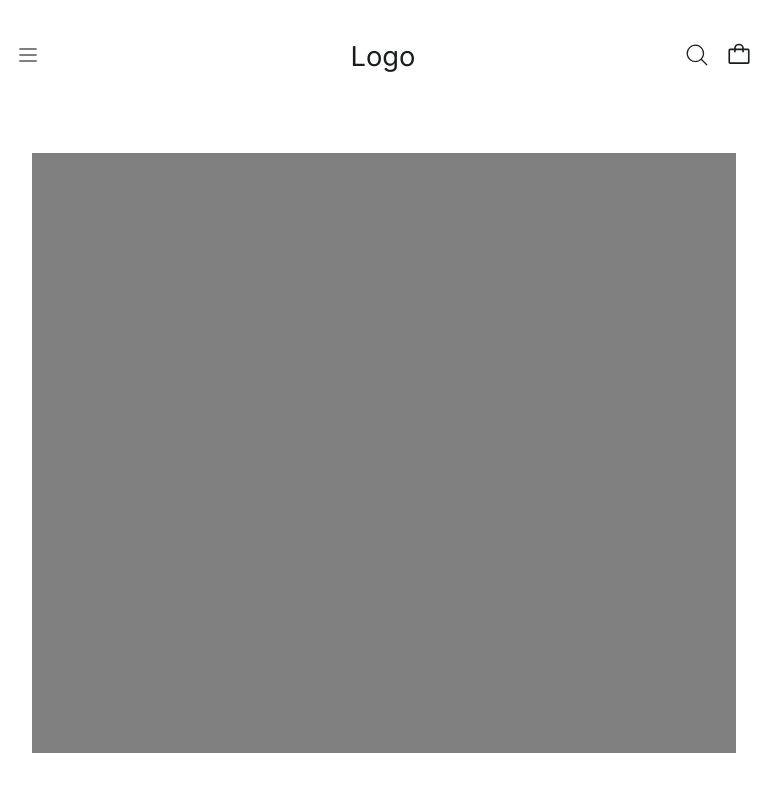
Repository: David-Waite/ecommercefrontendTemplate
Page: /
An editor plug-in stored every save of this project. The page is shown before and after a run of saves, followed by the edit.
The browser window is 768 px wide. The pictures show the whole page.
The project was rebuilt for these pictures with package versions that can differ from the ones it lists, and the page was loaded fresh each time. The framework's server and built-in components were replaced by stand-ins that run in the browser. Also part of the build but not shown: next.config.js.

Above is the page before, as saved 2023-08-24 19:18:08.

### app/layout.js
import Nav from "./Components/Nav/Nav";
import "./globals.css";
import { Inter } from "next/font/google";

const inter = Inter({ subsets: ["latin"] });

export const metadata = {
  title: "Create Next App",
  description: "Generated by create next app",
};

export default function RootLayout({ children }) {
  return (
    <html lang="en">
      <body className={inter.className}>
        <Nav />
        {children}
      </body>
    </html>
  );
}

### app/page.js
import Image from "next/image";
import styles from "./page.module.css";

export default function Home() {
  return (
    <main className={styles.main}>
      <div className={styles.heroImage}></div>
    </main>
  );
}

### app/Components/Nav/Nav.js
"use client";
import Link from "next/link";
import { useState } from "react";
import {
  PiMagnifyingGlassLight,
  PiBag,
  PiListLight,
  PiXLight,
} from "react-icons/pi";
import styles from "./Nav.module.css";

export default function Nav() {
  const [navOpen, setNavOpen] = useState(false);

  function toggleMenu() {
    setNavOpen((prev) => !prev);
  }
  return (
    <nav className={styles.nav}>
      <div className={styles.menu} onClick={toggleMenu}>
        {!navOpen && <PiListLight fontSize={24} />}
        {navOpen && <PiXLight fontSize={24} />}
      </div>

      <div className={styles.moblieMenu} style={{ width: !navOpen && "0" }}>
        <Link href="/">Home</Link>
        <Link href="#">Catalog</Link>
        <Link href="#">Contact</Link>
      </div>
      <div className={styles.linksContainer}>
        <Link className={styles.logo} href="/">
          Logo
        </Link>
        <div className={styles.pagesContainer}>
          <Link href="/">Home</Link>
          <Link href="#">Catalog</Link>
          <Link href="#">Contact</Link>
        </div>
      </div>
      <div className={styles.iconsContainer}>
        <Link href="#">
          <PiMagnifyingGlassLight fontSize={26} />
        </Link>
        <Link href="#">
          <PiBag fontSize={26} />
        </Link>
      </div>
    </nav>
  );
}

### app/globals.css
:root {
  --primary: ;
  --black: #191d1b;
  --background: #ffffff;
  --white: #ffffff;
  --grey: #606060;
  --error: #a83c23;
  --max-width: 1500px;
  --fontBase: 17.5px;
  --fontPlus1: 21.88px;
  --fontPlus2: 27.34px;
  --fontPlus3: 34.18px;
  --fontMinus1: 14px;
  --fontMinus2: 11.2px;
  --marginMax: 40px;
  --margin1000: 32px;
  --marginMobile: 16px;
}

* {
  padding: 0;
  margin: 0;
  box-sizing: border-box;
}

### app/page.module.css
.main {
  max-width: var(--max-width);
  margin: 0 auto;
}
.heroImage {
  width: 100%;
  height: 600px;
  background-color: grey;
}

@media (max-width: 1000px) {
  .main {
    padding: 40px var(--margin1000);
  }
}
@media (max-width: 768px) {
  .nav {
    padding: 40px var(--marginMobile);
  }
  .moblieMenu {
    width: 90vw;
  }
}

### app/Components/Nav/Nav.module.css
.nav {
  display: flex;
  align-items: center;
  justify-content: space-between;
  margin: 0px auto;
  padding: 40px;
  max-width: calc(var(--max-width) + 80px);
  position: relative;
}

.linksContainer {
  display: flex;
  align-items: center;
  justify-content: center;
  gap: 40px;
}

.pagesContainer {
  display: flex;
  gap: 24px;
}

.pagesContainer {
  font-size: var(--fontMinus1);
}

.iconsContainer {
  display: flex;
  gap: 16px;
}
.nav a {
  text-decoration: none;
  color: var(--black);
}

.logo {
  font-size: var(--fontPlus2);
}
.moblieMenu {
  position: absolute;
  flex-direction: column;
  width: 400px;
  left: 0;
  top: 113px;
  height: calc(100vh - 113px);
  transition: 0.3s;
  overflow: hidden;
}
.moblieMenu a {
  padding: 16px 32px;
}

.moblieMenu a:hover {
  background-color: grey;
}
.menu,
.moblieMenu {
  display: none;
}
@media (max-width: 1000px) {
  .nav {
    padding: 40px var(--margin1000);
  }
  .pagesContainer {
    display: none;
  }
  .menu {
    display: block;
  }
  .moblieMenu {
    display: flex;
  }
  .logo {
    margin-left: 42px;
  }
}
@media (max-width: 768px) {
  .nav {
    padding: 40px var(--marginMobile);
  }
  .moblieMenu {
    width: 90vw;
  }
}

After the next 2 saves:
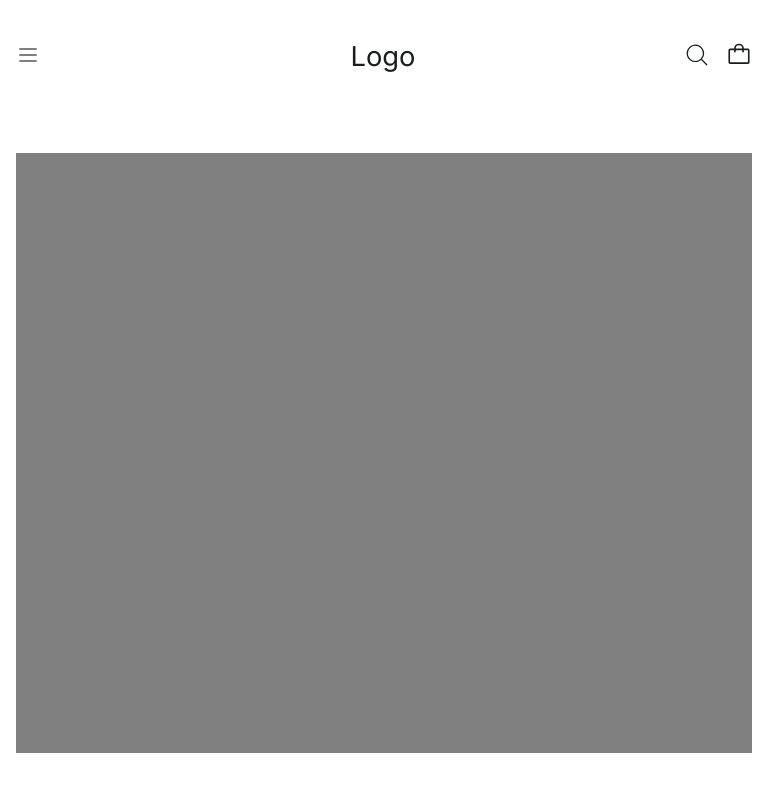
The 2 saves are shown as one change because they came seconds apart.
The last was saved 7 s later.
--- a/app/page.module.css
+++ b/app/page.module.css
@@ -14,10 +14,7 @@
   }
 }
 @media (max-width: 768px) {
-  .nav {
+  .main {
     padding: 40px var(--marginMobile);
   }
-  .moblieMenu {
-    width: 90vw;
-  }
 }
